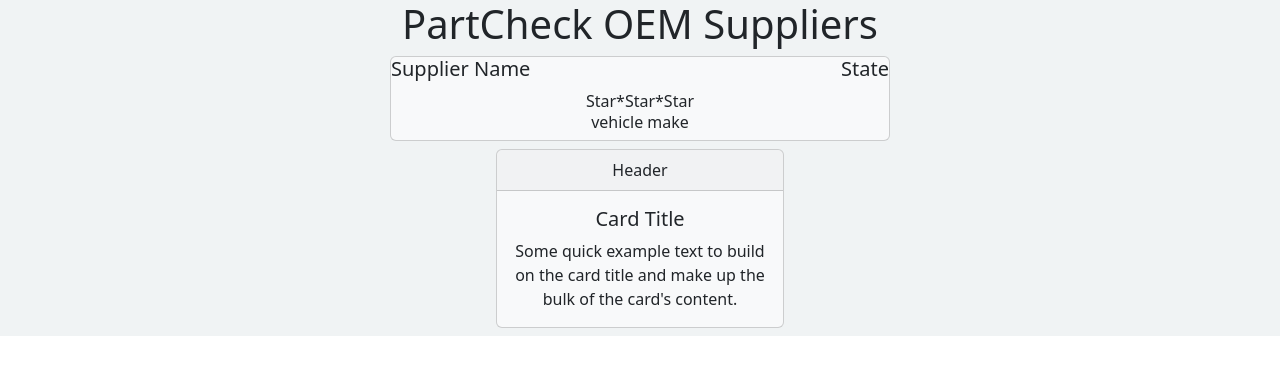
Repository: trungna4699/coding_challenge
Page: /
These files come from the project's save history. The page is drawn as it stood at one moment and after the next save; the edit follows.
The browser window is 1280 px wide. The pictures show the whole page.
The project was rebuilt for these pictures with package versions that can differ from the ones it lists, and the page was loaded fresh each time.

Above is the page before, as saved 2022-09-01 16:28:06.

After the next save:
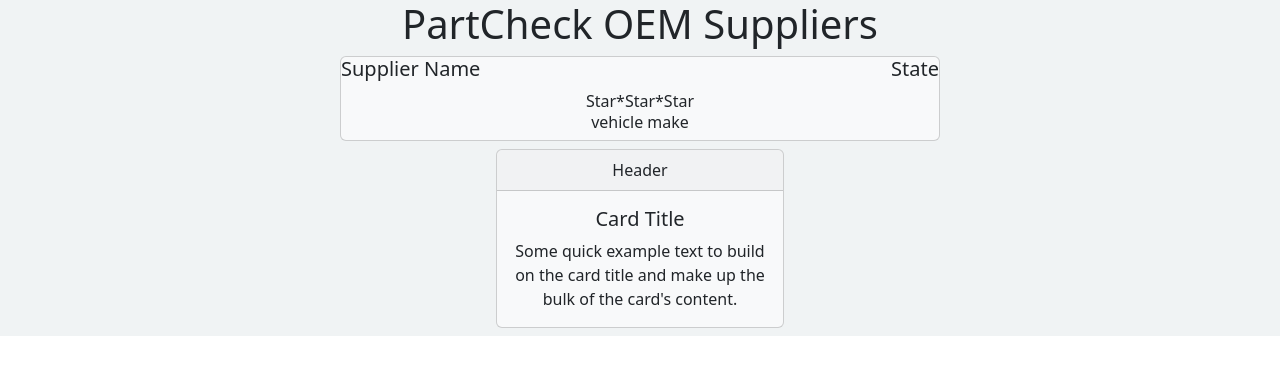
Saved 4 s later.
--- a/src/App.js
+++ b/src/App.js
@@ -15,7 +15,7 @@ function App() {
           bg={"light"}
           // key={variant}
           text={"dark"}
-          style={{ width: '500px' }}
+          style={{ width: '600px' }}
           className="mb-2"
         >
           <div classname="supplierItems">
